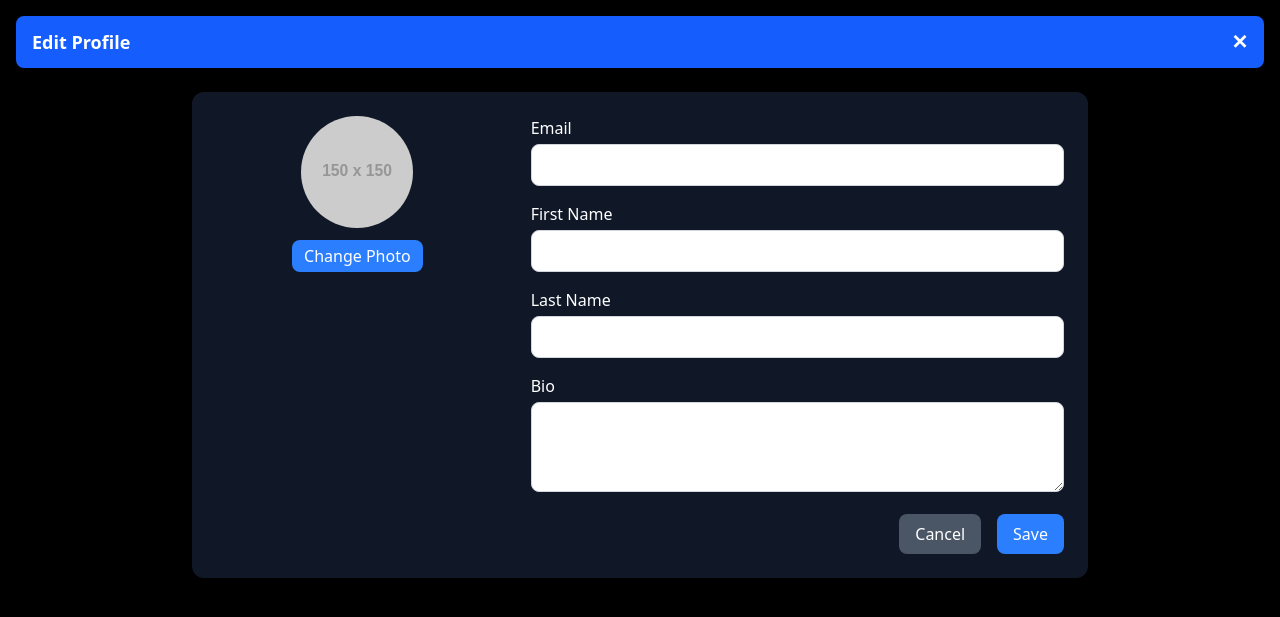
Repository: Tushal27/LinkdPlus-Frontend
Page: /Edit-Profile
These files come from the project's save history. The page is drawn as it stood at one moment and after the next save; the edit follows.
The browser window is 1280 px wide. The pictures show the whole page.
The page's requests for data from a server got no answer. The project was rebuilt for these pictures with package versions that can differ from the ones it lists, and the page was loaded fresh each time. No one was signed in, and anything a server would have sent is missing. Also part of the build but not shown: vite.config.js, src/pages/Login.jsx, src/pages/Register.jsx, src/pages/HomePage.jsx, src/pages/Profile.jsx, src/components/CommentsDrawer.jsx, src/pages/Posts.jsx. Imported but missing from the stored project, and not drawn on this page: src/components/PostCard, src/pages/Layout.

Above is the page before, as saved 2025-08-04 01:32:33.

### src/main.jsx
import { createRoot } from 'react-dom/client'
import AuthProvider from './context/AuthContext.jsx'
import { BrowserRouter } from'react-router-dom'
import './index.css'
import App from './App.jsx'

createRoot(document.getElementById('root')).render(
    <BrowserRouter>
      <AuthProvider>
        <App />
      </AuthProvider>
    </BrowserRouter>
)

### src/context/AuthContext.jsx
import { useState } from "react";
import { AuthContext } from "./authcontext";
import axios from '../api/axios';

export default function AuthProvider({ children }) {
    const [user , setUser] = useState(null);

    const Login = async (email, password) => {
        try{
            const res = await axios.post('/login/', { email, password });
            if (res.data?.access) {
                localStorage.setItem('access', res.data.access);
                localStorage.setItem('refresh', res.data.refresh);
                setUser({email});
                return true;
            }
            else {
                return false;
            }
        } catch (err) {
            console.log(err);
        }
};

   const Register = async (email, password , re_password , first_name, last_name) => {
       try{
           await axios.post('/register/', { email, password , re_password , first_name , last_name });
           return 'success';
       }
       catch (error)
        {
           return error;
       }
   }

   const Logout = () => {
       localStorage.removeItem('access');
       localStorage.removeItem('refresh');
       setUser(null);
   }
   return (
       <AuthContext.Provider value={{user, Login, Register, Logout }}>
           {children}
       </AuthContext.Provider>
   );
}

### src/index.css
@import  "tailwindcss";

.bg-gradient{
   @apply bg-gradient-to-r from-blue-500 via-purple-500 to-pink-500;
}
.input-box{
    @apply w-full p-2 border mb-3 rounded;
}
.flex-center{
    @apply flex justify-center items-center;
}
.button-main{
    @apply text-white rounded-md ring text-2xl px-2 mx-2 focus:ring-blue-500;
}
.h1-main{
    @apply text-2xl sm:text-4xl  md:text-5xl lg:text-7xl
}

### src/App.jsx
import { Routes,Route } from "react-router-dom";
import Login from "./pages/Login";
import Register from "./pages/Register";
import HomePage from "./pages/HomePage";
import Profile from "./pages/Profile";
import Posts from "./pages/Posts";
import EditProfile from "./pages/EditProfile";
export default function App() {
  return (
      <Routes>
        <Route path="/" element={ <HomePage />}/>
        <Route path="/login" element={<Login/>} />
        <Route path="/Register" element={<Register/>} />
        <Route path="/Posts" element={<Posts/>} />
        <Route path="/Profile" element={<Profile/>} />
        <Route path="/Edit-Profile" element={<EditProfile/>} />

      </Routes>
  );
}

### src/context/authcontext.js
import { createContext } from "react";
export const AuthContext = createContext();

export default AuthContext;

### src/api/axios.js
import axios from "axios";

const api = axios.create({
    baseURL: 'http://127.0.0.1:8000/api',
});

axios.interceptors.response.use(
    (config) =>{
        const token = localStorage.getItem('token');
        if (token) {
            config.headers.Authorization = `Bearer ${token}`;
        }
        return config;
    });

export default api;

### src/pages/EditProfile.jsx
import React, { useEffect, useState } from "react";
import api from "../api/axios";
import { useNavigate } from "react-router-dom";

const EditProfile = () => {
  const navigate = useNavigate();
  const [form, setForm] = useState({
    first_name: "",
    last_name: "",
    bio: "",
    email: "",
  });
  const [avatar, setAvatar] = useState(null);
  const [currentAvatar, setCurrentAvatar] = useState(null);
  const [loading, setLoading] = useState(false);

  useEffect(() => {
    const fetchProfile = async () => {
      try {
        const res = await api.get("/profile/");
        setForm({
          first_name: res.data.first_name || "",
          last_name: res.data.last_name || "",
          bio: res.data.bio || "",
          email: res.data.email || "",
        });
        setCurrentAvatar(res.data.avatar);
      } catch (err) {
        console.error("Error fetching profile:", err);
      }
    };
    fetchProfile();
  }, []);

  const handleChange = (e) => {
    setForm({ ...form, [e.target.name]: e.target.value });
  };

  const handleAvatarChange = (e) => {
    setAvatar(e.target.files[0]);
  };

  const handleSave = async () => {
    setLoading(true);
    const formData = new FormData();
    formData.append("first_name", form.first_name);
    formData.append("last_name", form.last_name);
    formData.append("bio", form.bio);
    formData.append("email", form.email);
    if (avatar) formData.append("avatar", avatar);

    try {
      const res = await api.patch("/profile/", formData, {
        headers: { "Content-Type": "multipart/form-data" },
      });

      if (res.status === 200) {
        navigate("/profile"); // ✅ Redirect only on success
      }
    } catch (err) {
      console.error("Profile update failed:", err);
      alert("Failed to update profile. Please try again.");
    } finally {
      setLoading(false);
    }
  };

  return (
    <div className="min-h-screen bg-black text-white p-4">
      {/* Navbar */}
      <div className="flex justify-between items-center bg-blue-600 px-4 py-3 rounded-lg mb-6">
        <h2 className="text-lg font-bold">Edit Profile</h2>
        <button
          onClick={() => navigate("/profile")}
          className="text-xl font-bold"
        >
          ✕
        </button>
      </div>

      <div className="max-w-4xl mx-auto bg-gray-900 p-6 rounded-xl shadow-lg flex flex-col md:flex-row gap-8">
        {/* Avatar Section */}
        <div className="flex flex-col items-center md:w-1/3">
          <img
            src={
              currentAvatar
                ? `http://127.0.0.1:8000${currentAvatar}`
                : "https://via.placeholder.com/150"
            }
            alt="Avatar"
            className="w-28 h-28 rounded-full object-cover mb-3"
          />
          <label className="bg-blue-500 px-3 py-1 rounded-lg cursor-pointer">
            Change Photo
            <input
              type="file"
              onChange={handleAvatarChange}
              className="hidden"
            />
          </label>
        </div>

        {/* Form Section */}
        <div className="flex-1 space-y-4">
          <div>
            <label className="block mb-1">Email</label>
            <input
                type="email"
                name="email"
                value={form.email}
                onChange={handleChange}
                className="w-full p-2 rounded-lg bg-white text-black border border-gray-300 focus:border-blue-400 focus:ring-2 focus:ring-blue-300 outline-none"
            />
          </div>
          <div>
            <label className="block mb-1">First Name</label>
            <input
              type="text"
              name="first_name"
              value={form.first_name}
              onChange={handleChange}
                className="w-full p-2 rounded-lg bg-white text-black border border-gray-300 focus:border-blue-400 focus:ring-2 focus:ring-blue-300 outline-none"
            />
          </div>
          <div>
            <label className="block mb-1">Last Name</label>
            <input
              type="text"
              name="last_name"
              value={form.last_name}
              onChange={handleChange}
                className="w-full p-2 rounded-lg bg-white text-black border border-gray-300 focus:border-blue-400 focus:ring-2 focus:ring-blue-300 outline-none"
            />
          </div>
          <div>
            <label className="block mb-1">Bio</label>
            <textarea
              name="bio"
              value={form.bio}
              onChange={handleChange}
                className="w-full p-2 rounded-lg bg-white text-black border border-gray-300 focus:border-blue-400 focus:ring-2 focus:ring-blue-300 outline-none"
              rows="3"
            />
          </div>

          {/* Action Buttons */}
          <div className="flex justify-end gap-4 mt-4">
            <button
              onClick={() => navigate("/profile")}
              className="bg-gray-600 px-4 py-2 rounded-lg"
            >
              Cancel
            </button>
            <button
              onClick={handleSave}
              disabled={loading}
              className="bg-blue-500 px-4 py-2 rounded-lg hover:bg-blue-700"
            >
              {loading ? "Saving..." : "Save"}
            </button>
          </div>
        </div>
      </div>
    </div>
  );
};

export default EditProfile;

Loaded but not shown: index.html (common file)

After the next save:
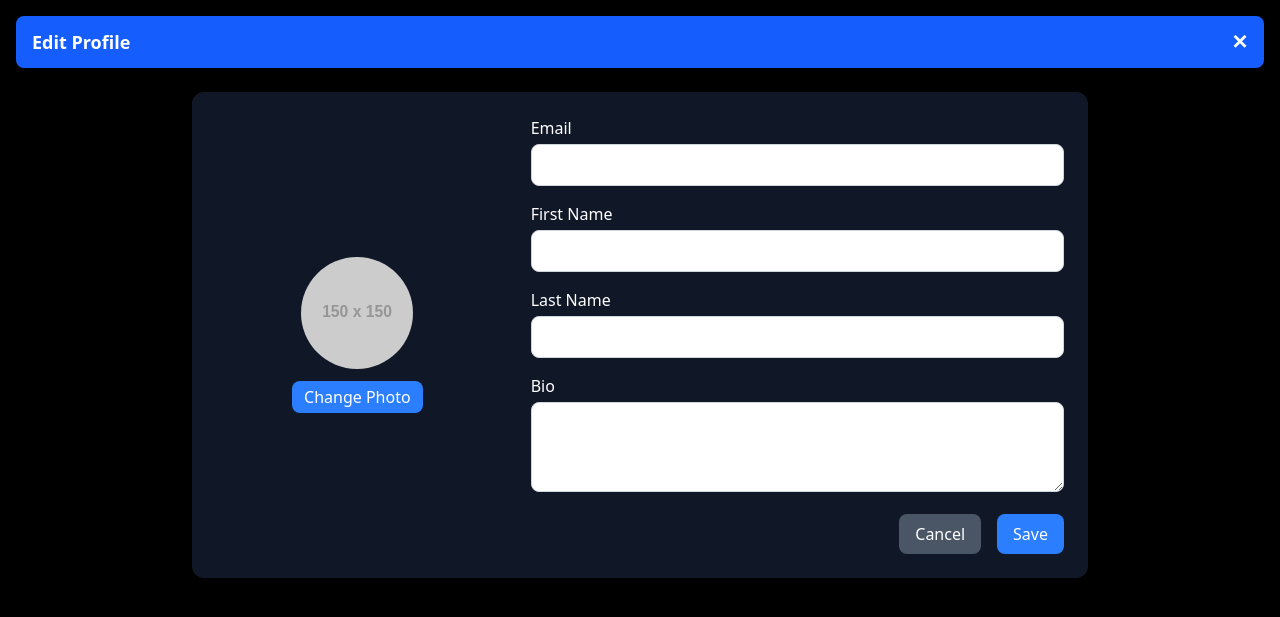
Saved 73 s later.
--- a/src/pages/EditProfile.jsx
+++ b/src/pages/EditProfile.jsx
@@ -78,7 +78,7 @@ const EditProfile = () => {
         </button>
       </div>
 
-      <div className="max-w-4xl mx-auto bg-gray-900 p-6 rounded-xl shadow-lg flex flex-col md:flex-row gap-8">
+      <div className="max-w-4xl mx-auto bg-gray-900 p-6 rounded-xl shadow-lg flex flex-col lg:justify-center lg:items-center md:flex-row gap-8">
         {/* Avatar Section */}
         <div className="flex flex-col items-center md:w-1/3">
           <img
